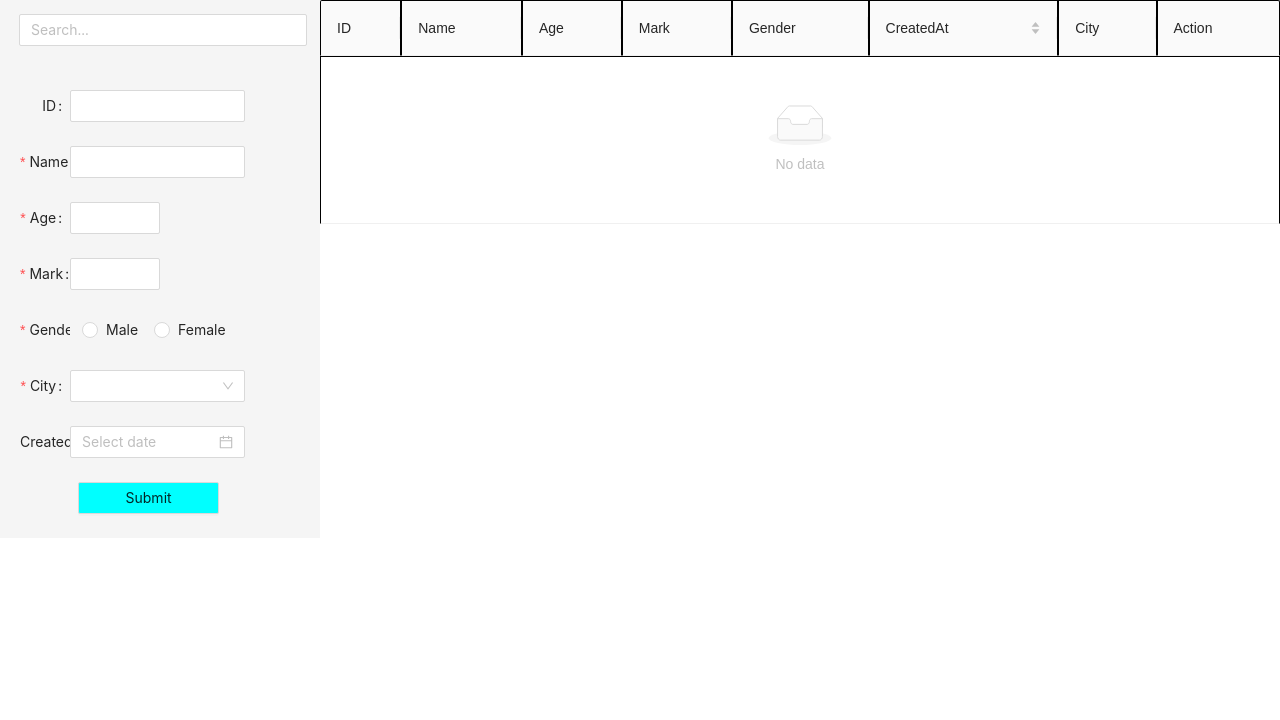
Repository: haminhdat1407/react-api-student
Page: /
An editor plug-in stored every save of this project. The page is shown before and after the next save, followed by the edit.
The browser window is 1280 px wide. The pictures show the whole page.
The page's requests for data from a server got no answer. The project was rebuilt for these pictures with package versions that can differ from the ones it lists, and the page was loaded fresh each time. No one was signed in, and anything a server would have sent is missing. Also part of the build but not shown: src/styles.css.

Above is the page before, as saved 2022-03-13 23:22:37.

### public/index.html
<!DOCTYPE html>
<html lang="en">
  <head>
    <meta charset="utf-8" />
    <link rel="icon" href="%PUBLIC_URL%/favicon.ico" />
    <meta name="viewport" content="width=device-width, initial-scale=1" />
    <meta name="theme-color" content="#000000" />
    <meta
      name="description"
      content="Web site created using create-react-app"
    />
    <link rel="apple-touch-icon" href="%PUBLIC_URL%/logo192.png" />
    <link rel="stylesheet" href="https://cdnjs.cloudflare.com/ajax/libs/font-awesome/6.0.0/css/all.min.css" integrity="sha512-9usAa10IRO0HhonpyAIVpjrylPvoDwiPUiKdWk5t3PyolY1cOd4DSE0Ga+ri4AuTroPR5aQvXU9xC6qOPnzFeg==" crossorigin="anonymous" referrerpolicy="no-referrer" />

    <link rel="manifest" href="%PUBLIC_URL%/manifest.json" />


    <title>Students</title>
  </head>
  <body>
    <noscript>You need to enable JavaScript to run this app.</noscript>
    <div id="root"></div>

  </body>
</html>

### src/index.css
body {
  margin: 0;
  font-family: -apple-system, BlinkMacSystemFont, 'Segoe UI', 'Roboto', 'Oxygen',
    'Ubuntu', 'Cantarell', 'Fira Sans', 'Droid Sans', 'Helvetica Neue',
    sans-serif;
  -webkit-font-smoothing: antialiased;
  -moz-osx-font-smoothing: grayscale;
}

code {
  font-family: source-code-pro, Menlo, Monaco, Consolas, 'Courier New',
    monospace;
}
.ant-table-pagination-right {
  justify-content: center !important;
}

### src/App.js
import { Col, Row } from 'antd';
import { useEffect, useState } from 'react';
import studentApi from './apis/studentApi';
import FormInput from './components/Form';
import SearchForm from './components/SearchInput';
import StudentList from './components/StudentList';
import './styles.css';

export default function App() {
  const [studentList, setStudentList] = useState([]);
  const [idRemove, setIdRemove] = useState('');
  const [idEdit, setIdEdit] = useState('');
  const [searchTerm, setSearchTerm] = useState('');
  const [data, setData] = useState();
  const [studentEdit, setStudentEdit] = useState();

  // get All
  useEffect(() => {
    try {
      (async () => {
        const responseStudent = await studentApi.getAll();
        setStudentList(responseStudent);
      })();
    } catch (error) {
      console.log(error);
    }
  }, []);

  //remove
  useEffect(() => {
    try {
      if (idRemove) {
        (async () => {
          const studentRemove = await studentApi.removeStudentByID(idRemove);
        })();
      }
    } catch (error) {
      console.log(error);
    }
  }, [idRemove]);

  // search by name

  useEffect(() => {
    try {
      (async () => {
        const searchStudent = await studentApi.searchByName(searchTerm);
        setStudentList(searchStudent);
      })();
    } catch (error) {
      console.log(error);
    }
  }, [searchTerm]);

  // add student
  useEffect(() => {
    if (data) {
      (async () => {
        const newStudent = await studentApi.addStudent(data);
        // const newStudent = {
        //   id: payload.id,
        //   name: payload.name,
        //   age: payload.age,
        //   mark: payload.mark,
        //   gender: payload.gender,
        //   city: payload.city,
        //   createdAt: payload.createdAt,
        // };

        setStudentList((prevStudent) => [...prevStudent, newStudent]);
      })();
    }
  }, [data]);

  // get by ID
  useEffect(() => {
    try {
      if (idEdit) {
        (async () => {
          const studentEdit = await studentApi.getByID(idEdit);
          setStudentEdit(studentEdit);
        })();
      }
    } catch (error) {
      console.log(error);
    }
  }, [idEdit]);

  const handleRemoveUser = (idDelete) => {
    setIdRemove(idDelete);
    const newStudentList = studentList.filter((student) => {
      // tra ve 1 mang moi...khong co id can xoa
      return student.id !== idDelete;
    });
    setStudentList(newStudentList);
  };

  const handleSearch = (value) => {
    setSearchTerm(value);
  };

  const handleAddStudent = (data) => {
    setData(data);
  };

  const handleEditStudent = (dataEdit) => {
    setIdEdit(dataEdit);
  };
  console.log(studentEdit);

  return (
    <>
      <Row>
        <Col span={18} push={6}>
          <StudentList
            data={studentList}
            onRemove={handleRemoveUser}
            onEditStudent={handleEditStudent}
          />
        </Col>

        <Col style={{ backgroundColor: 'whitesmoke' }} span={6} pull={18}>
          <SearchForm onChange={handleSearch} />
          <FormInput onChange={handleAddStudent} dataEdit={studentEdit} />
        </Col>
      </Row>
    </>
  );
}
//  [dat01, dat02]].len 2 2

//  id : "dat" + (data.lenght + 1)
//  6 filed

### src/apis/studentApi.js
import axiosClient from './axiosClient';

const studentApi = {
  getAll() {
    const url = `students`;
    return axiosClient.get(url);
  },
  getByID(id) {
    const url = `students/${id}`;
    return axiosClient.get(url);
  },

  removeStudentByID(id) {
    const url = `students/${id}`;
    return axiosClient.delete(url);
  },
  searchByName(searchTerm) {
    const url = `students?name_like=${searchTerm}`;
    return axiosClient.get(url);
  },
  addStudent(data) {
    const url = '/students';
    return axiosClient.post(url, data);
  },
  updateStudent(data) {
    const url = `/students/${data.id}`;
    return axiosClient.patch(url, data);
  },
};

export default studentApi;

### src/components/Form/index.jsx
import {
  Button,
  DatePicker,
  Form,
  Input,
  InputNumber,
  Radio,
  Select,
} from 'antd';
import React from 'react';

const FormInput = ({ onChange, dataEdit = {} }) => {
  const onFinish = (e) => {
    const value = { ...e };
    const formValue = {
      ...value,
      id: value.id + Math.random() * 10000,
    };
    onChange(formValue);
  };

  return (
    <>
      <Form
        // initialValues={
        //   dataEdit
        //     ? {
        //         id: dataEdit.id,
        //         name: dataEdit.name,
        //         age: dataEdit.age,
        //       }
        //     : {}
        // }
        style={{ marginTop: '30px', marginLeft: '20px' }}
        labelCol={{
          span: 4,
        }}
        wrapperCol={{
          span: 14,
        }}
        onFinish={onFinish}
      >
        <Form.Item label='ID' name='id'>
          <Input />
        </Form.Item>

        <Form.Item
          label='Name'
          name='name'
          rules={[
            {
              required: true,
              message: 'Please input your name!',
            },
          ]}
        >
          <Input />
        </Form.Item>

        <Form.Item
          label='Age'
          name='age'
          rules={[
            {
              required: true,
              message: 'Age must be older to learn 0 !',
              type: 'number',
              min: 0,
            },
          ]}
        >
          <InputNumber />
        </Form.Item>

        <Form.Item
          label='Mark'
          name='mark'
          rules={[
            {
              required: true,
              message: 'You can only enter scores from 0 to 10!',
              type: 'number',
              min: 0,
              max: 10,
            },
          ]}
        >
          <InputNumber />
        </Form.Item>

        <Form.Item
          label='Gender'
          name='gender'
          rules={[
            {
              required: true,
              message: 'Please tick your gender!',
            },
          ]}
        >
          <Radio.Group style={{ marginLeft: '12px' }}>
            <Radio value={1}>Male</Radio>
            <Radio value={2}>Female</Radio>
          </Radio.Group>
        </Form.Item>

        <Form.Item
          label='City'
          name='city'
          rules={[
            {
              required: true,
              message: 'Please input your city!',
            },
          ]}
        >
          <Select>
            <Select.Option value='dn'>Da Nang</Select.Option>
            <Select.Option value='hcm'>Ho Chi Minh</Select.Option>
            <Select.Option value='hn'>Ha Noi</Select.Option>
          </Select>
        </Form.Item>

        <Form.Item label='CreatedAt' name='createdAt'>
          <DatePicker />
        </Form.Item>

        <Form.Item style={{ marginLeft: '58px' }}>
          <Button block htmlType='submit' style={{ backgroundColor: 'aqua' }}>
            Submit
          </Button>
        </Form.Item>
      </Form>
    </>
  );
};
export default FormInput;

### src/components/SearchInput/index.jsx
import React, { useState } from 'react';
import PropTypes from 'prop-types';
import { Input } from 'antd';

SearchForm.propTypes = {
  onChange: PropTypes.func,
};

function SearchForm({ onChange }) {
  const handleInputChange = (e) => {
    onChange(e.target.value);
  };
  return (
    <Input
      style={{ margin: '14px 19px', width: '90%' }}
      placeholder='Search...'
      onChange={handleInputChange}
    />
  );
}

export default SearchForm;

### src/components/StudentList/index.jsx
import { Button, Form, Table } from 'antd';
import 'antd/dist/antd.css';
import dayjs from 'dayjs';
import PropTypes from 'prop-types';
import React, { useState } from 'react';
import './style.css';

const { Column, ColumnGroup } = Table;

StudentList.propTypes = {
  data: PropTypes.array,
  onEditStudent: PropTypes.func,
  onRemove: PropTypes.func,
};

function StudentList({ data, onEditStudent, onRemove }) {
  const handleRemove = (id) => {
    onRemove(id);
  };
  const handleEditStudent = (idEdit) => {
    onEditStudent(idEdit);
  };

  const columns = [
    {
      title: 'ID',
      dataIndex: 'id',
      key: 'key',
    },
    {
      title: 'Name',
      dataIndex: 'name',
      key: 'key',
    },
    {
      title: 'Age',
      dataIndex: 'age',
      key: 'key',
    },
    {
      title: 'Mark',
      dataIndex: 'mark',
      key: 'key',
      render: (mark) => {
        return parseFloat(mark).toFixed(1);
      },
    },
    {
      title: 'Gender',
      dataIndex: 'gender',
      key: 'key',
    },
    {
      title: 'CreatedAt',
      dataIndex: 'createdAt',
      key: 'key',
      render: (createdAt) => {
        return dayjs(createdAt).format('YYYY-MM-DD');
      },
      sorter: {
        compare: (a, b) => b.createdAt - a.createdAt,
        multiple: 2,
      },
    },
    {
      title: 'City',
      dataIndex: 'city',
      key: 'key',
    },
    {
      title: 'Action',
      dataIndex: 'id',
      key: 'key',
      render: (dataIndex) => {
        return (
          <div key={dataIndex}>
            <Button
              type='primary'
              danger
              onClick={() => handleRemove(dataIndex)}
            >
              Delete
            </Button>
            <Button
              type='primary'
              style={{ marginLeft: '10px' }}
              onClick={() => handleEditStudent(dataIndex)}
            >
              Edit
            </Button>
          </div>
        );
      },
    },
  ];

  return (
    <>
      <Table dataSource={data} columns={columns}></Table>
    </>
  );
}

export default StudentList;

### src/apis/axiosClient.js
import axios from 'axios';

const axiosClient = axios.create({
  baseURL: 'https://js-post-api.herokuapp.com/api/',
  headers: {
    'Content-Type': 'application/json',
  },
});

axiosClient.interceptors.request.use(
  function (config) {
    return config;
  },
  function (error) {
    return Promise.reject(error);
  }
);

// Add a response interceptor
axiosClient.interceptors.response.use(
  function (response) {
    return response.data;
  },
  function (error) {
    return Promise.reject(error);
  }
);

export default axiosClient;

### src/components/StudentList/style.css
table {
  font-family: arial, sans-serif;
  border-collapse: collapse;
  width: 100%;
}

td,
th {
  border: 1px solid #000;
  text-align: left;
  padding: 8px;
  text-align: center;
}

tr:nth-child(even) {
  background-color: #dddddd;
}
.student_title {
  text-align: center;
  font-size: 40px;
}
.student_list {
  width: 90%;
  margin: 20px auto;
}
.delete_btn {
  cursor: pointer;
  color: red;
}

Loaded but not shown: src/index.js (common file); src/reportWebVitals.js (common file)

After the next save:
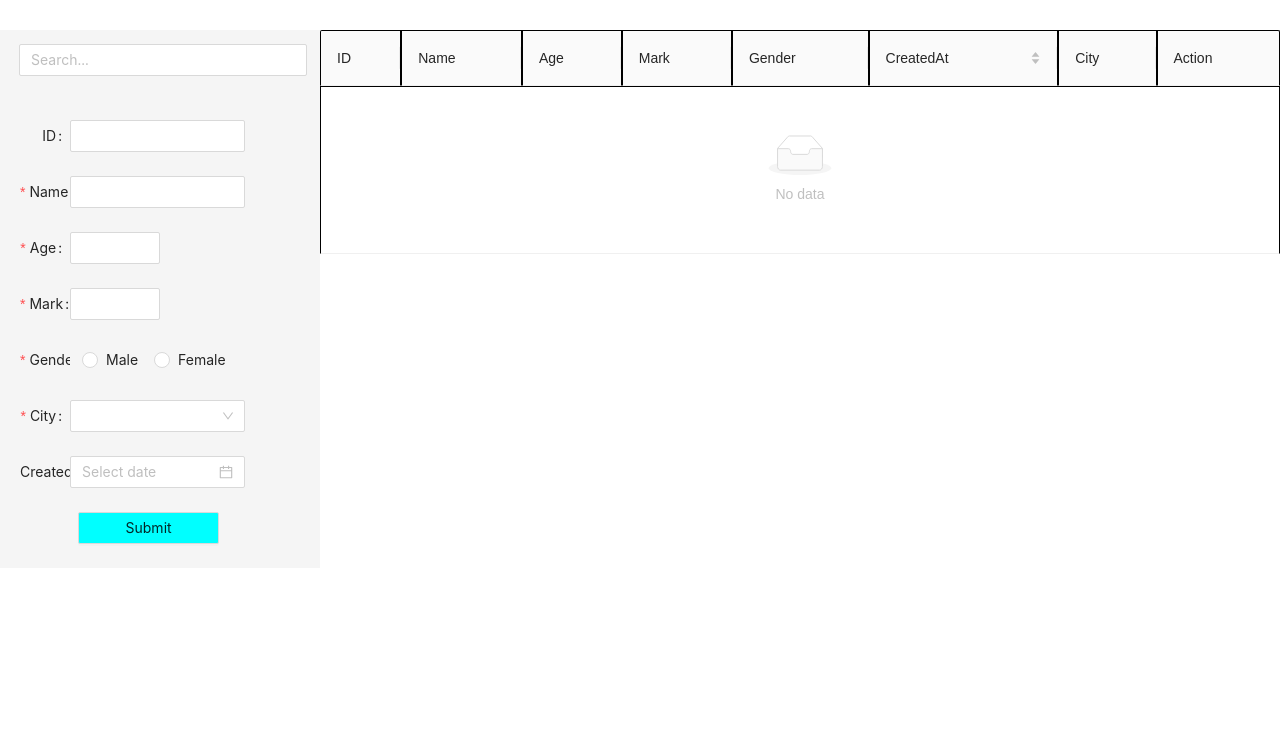
Saved 6 min 48 s later.
--- a/src/App.js
+++ b/src/App.js
@@ -110,7 +110,7 @@
 
   return (
     <>
-      <Row>
+      <Row style={{ marginTop: '30px' }}>
         <Col span={18} push={6}>
           <StudentList
             data={studentList}

After the save that followed:
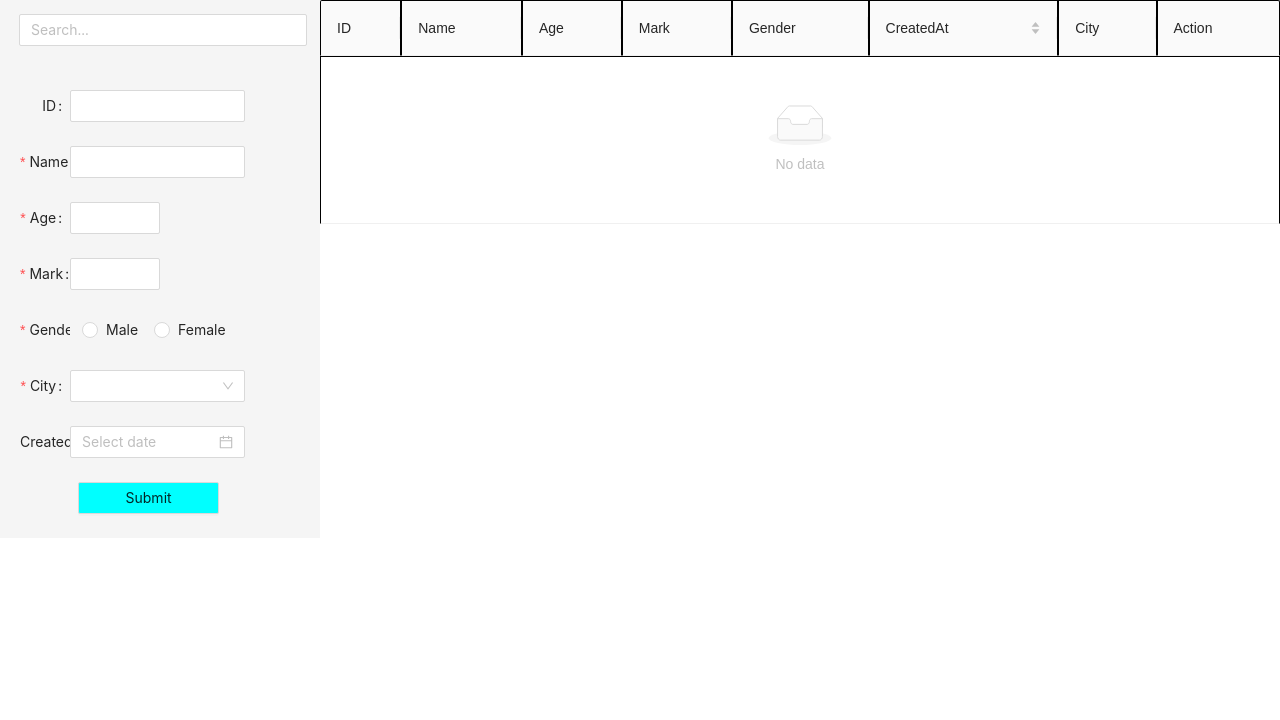
Saved 20 s later.
--- a/src/App.js
+++ b/src/App.js
@@ -110,7 +110,7 @@
 
   return (
     <>
-      <Row style={{ marginTop: '30px' }}>
+      <Row style={{ Top: '30px' }}>
         <Col span={18} push={6}>
           <StudentList
             data={studentList}
